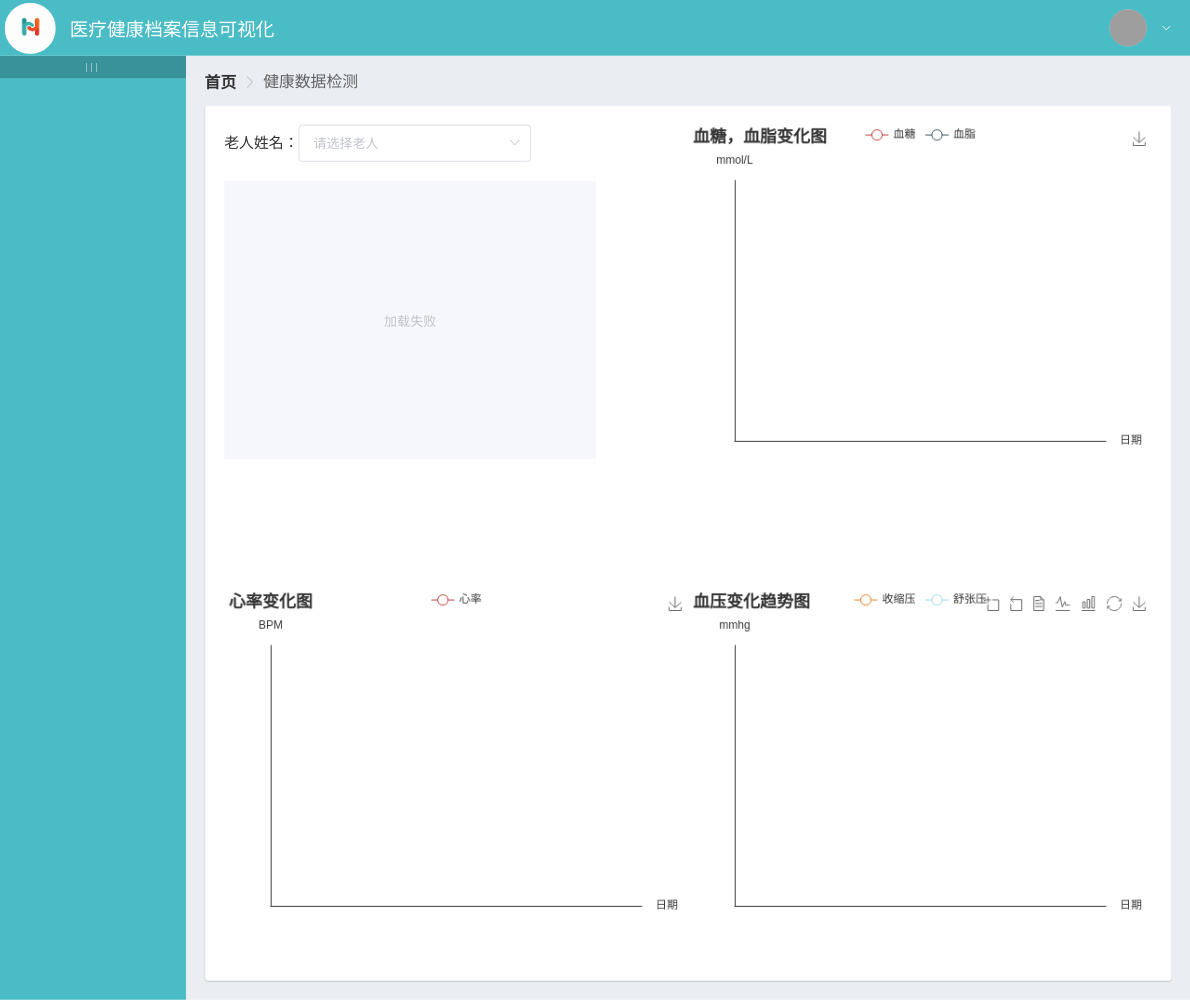
Repository: hyyBubbly/community-web-vue
Page: /#/healthyData (app in community/)
These files come from the project's save history. The page is drawn as it stood at one moment and after the next save; the edit follows.
The browser window is 1280 px wide. The pictures show the whole page, at 93% of full size.
Pictures or frames that could not be fetched are drawn as grey boxes. The page's requests for data from a server got no answer. The project was rebuilt for these pictures with package versions that can differ from the ones it lists, and the page was loaded fresh each time. No one was signed in, and anything a server would have sent is missing. Also part of the build but not shown: community/vue.config.js, community/src/components/Login.vue, community/src/components/Welcome.vue, community/src/components/User/UserList.vue, community/src/components/admin/WorkerList.vue, community/src/components/community/CommunityList.vue, community/src/components/healthfiles/Healthiness.vue, community/src/components/User/OlderInfoList.vue and 13 more.

Above is the page before, as saved 2024-01-28 14:08:30.

After the next save:
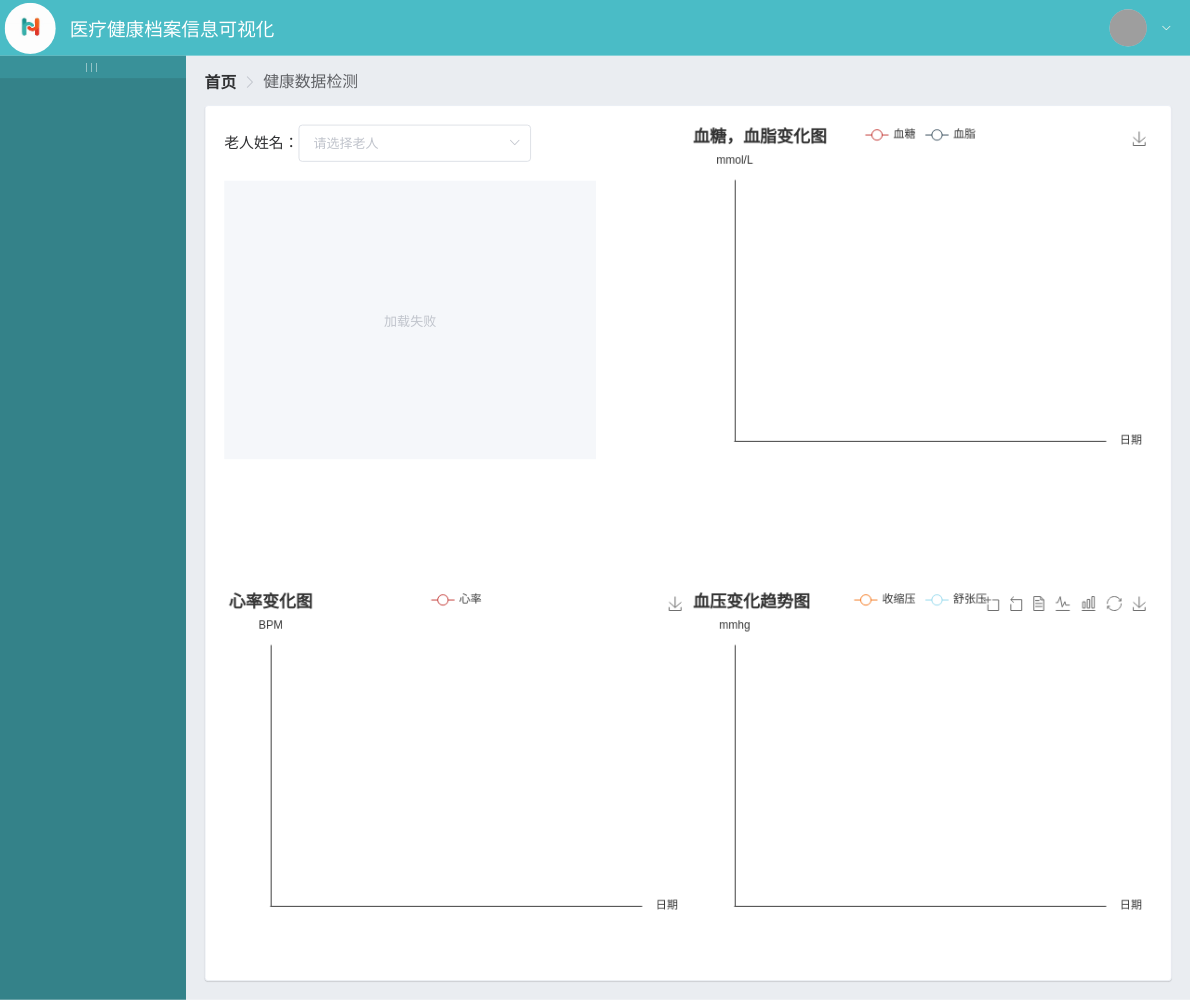
Saved 34 s later.
--- a/community/src/components/Home.vue
+++ b/community/src/components/Home.vue
@@ -220,7 +220,7 @@ export default{
   }
 	//侧边栏样式
 	.el-aside{
-		background-color: #4abcc6;
+		background-color: #348289;
     .el-menu{
       border-right: none;
     }
